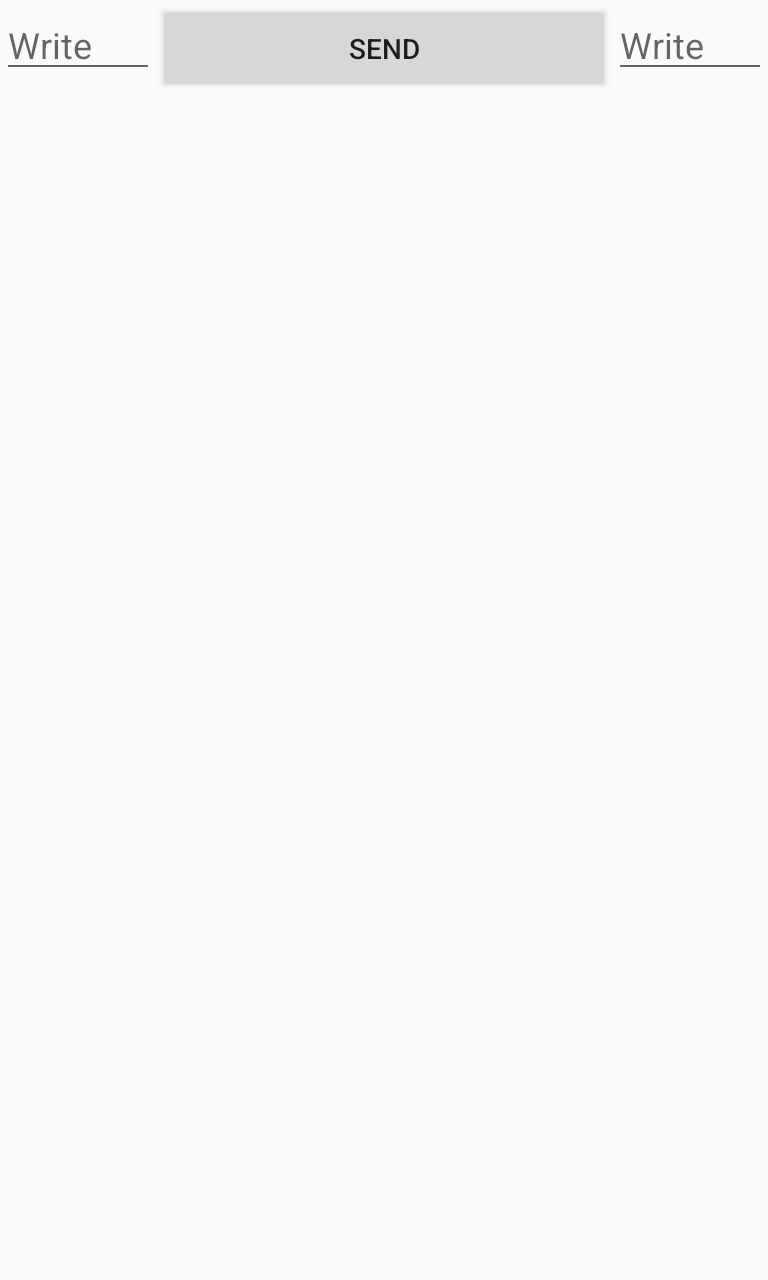
Repository: wisingd/Dajoroli
Layout: Workspace/MyFirstApp/res/layout/fragment_main.xml
An editor plug-in stored every save of this project. The layout is shown before and after the next save, followed by the edit.
It is drawn on a 768 x 1280 px phone screen (xhdpi) without system bars, with theme AppTheme; the app's code is not run.

Above is the layout before, as saved 2014-04-20 10:51:47.

### Workspace/MyFirstApp/res/layout/fragment_main.xml
<!--<?xml version="1.0" encoding="utf-8"?>
<LinearLayout xmlns:android="http://schemas.android.com/apk/res/android"
    xmlns:tools="http://schemas.android.com/tools"
    android:layout_width="match_parent"
    android:layout_height="match_parent"
    android:orientation="horizontal">

    <EditText android:id="@+id/edit_message"
        android:layout_weight="1"
        android:layout_width="0dp"
        android:layout_height="wrap_content"
        android:hint="@string/edit_message" />

    <Button
        android:layout_width="wrap_content"
        android:layout_height="wrap_content"
        android:text="@string/button_send" />
</LinearLayout>-->


<LinearLayout xmlns:android="http://schemas.android.com/apk/res/android"
    xmlns:tools="http://schemas.android.com/tools"
    android:layout_width="match_parent"
    android:layout_height="match_parent"
    android:orientation="horizontal" >

    <EditText
        android:layout_weight="1"
        android:id="@+id/edit_message"
        android:layout_width="wrap_content"
        android:layout_height="wrap_content"
        android:hint="@string/edit_message" />

    <Button
        android:layout_weight="5"
        android:layout_width="wrap_content"
        android:layout_height="wrap_content"
        android:text="@string/button_send" />

    <EditText
        android:layout_weight="1"
        android:id="@+id/edit_message"
        android:layout_width="wrap_content"
        android:layout_height="wrap_content"
        android:hint="@string/edit_message" />


</LinearLayout>

### Workspace/MyFirstApp/res/values/strings.xml
<?xml version="1.0" encoding="utf-8"?>
<resources>

    <string name="app_name">MyFirstApp</string>
    <string name="hello_world">Hello world! This is Dajoroli. You cant write text. Testing snapshot</string>
    <string name="action_settings">Settings</string>
    <string name="edit_message">Write</string>
    <string name="button_send">Send</string>


</resources>

Loaded but not shown: Workspace/MyFirstApp/res/values/styles.xml (common file); Workspace/MyFirstApp/res/values-v11/styles.xml (common file); Workspace/MyFirstApp/res/values-v14/styles.xml (common file)

After the next save:
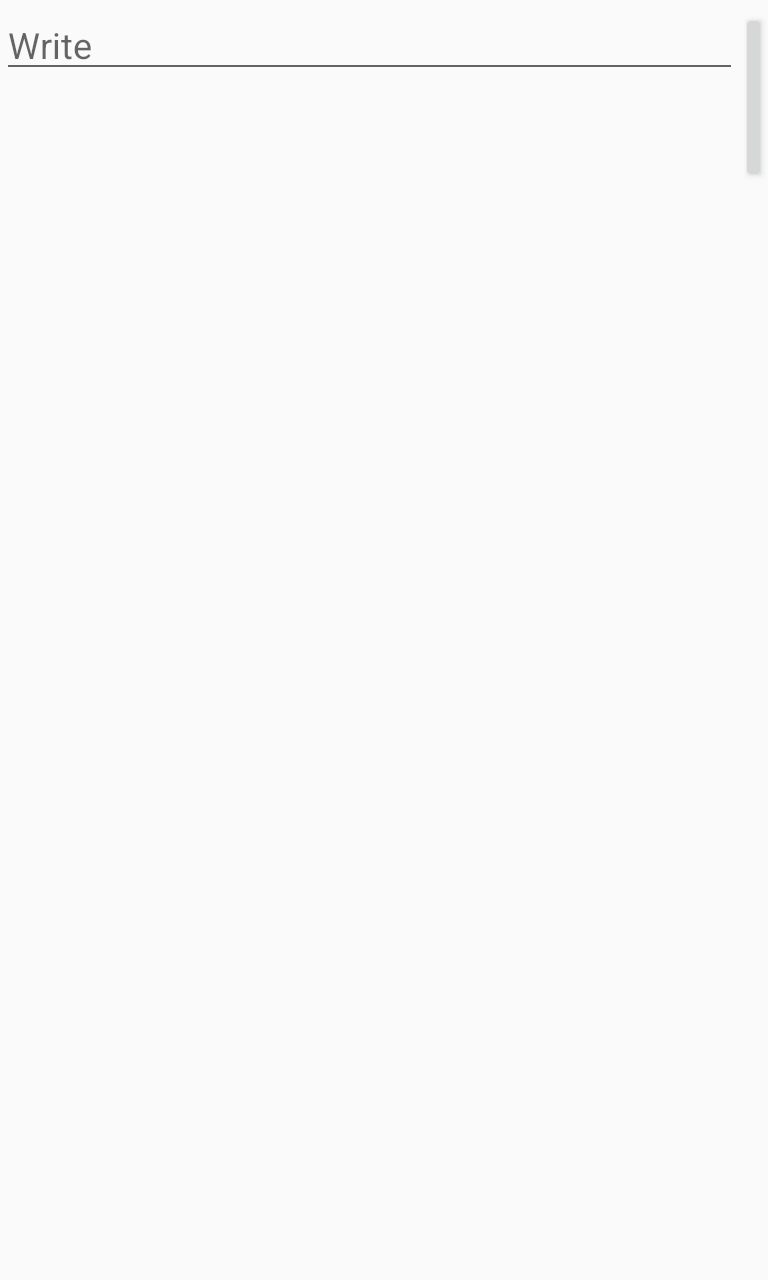
Saved 70 s later.
--- a/Workspace/MyFirstApp/res/layout/fragment_main.xml
+++ b/Workspace/MyFirstApp/res/layout/fragment_main.xml
@@ -27,7 +27,7 @@
     <EditText
         android:layout_weight="1"
         android:id="@+id/edit_message"
-        android:layout_width="wrap_content"
+        android:layout_width="match_parent"
         android:layout_height="wrap_content"
         android:hint="@string/edit_message" />
 
@@ -37,12 +37,5 @@
         android:layout_height="wrap_content"
         android:text="@string/button_send" />
 
-    <EditText
-        android:layout_weight="1"
-        android:id="@+id/edit_message"
-        android:layout_width="wrap_content"
-        android:layout_height="wrap_content"
-        android:hint="@string/edit_message" />
-
 
 </LinearLayout>
